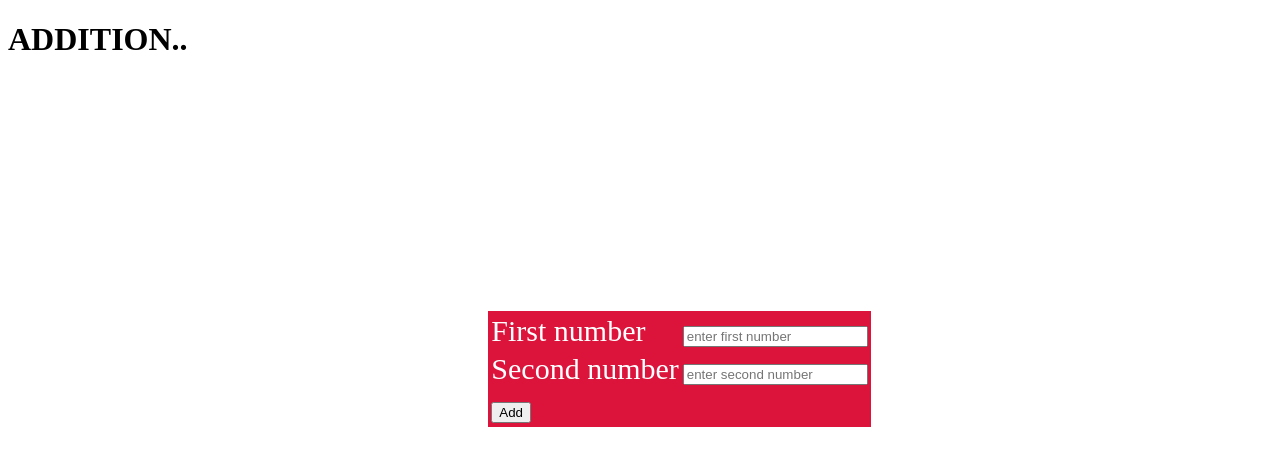
Repository: vima107/JDBC-CRUD-OPERATIONS
Page: addition/src/main/webapp/index.html
The author's editor kept a copy of each file at every save. The page is drawn from the files as they stood at one save, then again after the next save.
The browser window is 1280 px wide. The pictures show the whole page.

Above is the page before, as saved 2024-10-09 10:48:14.

After the next save:
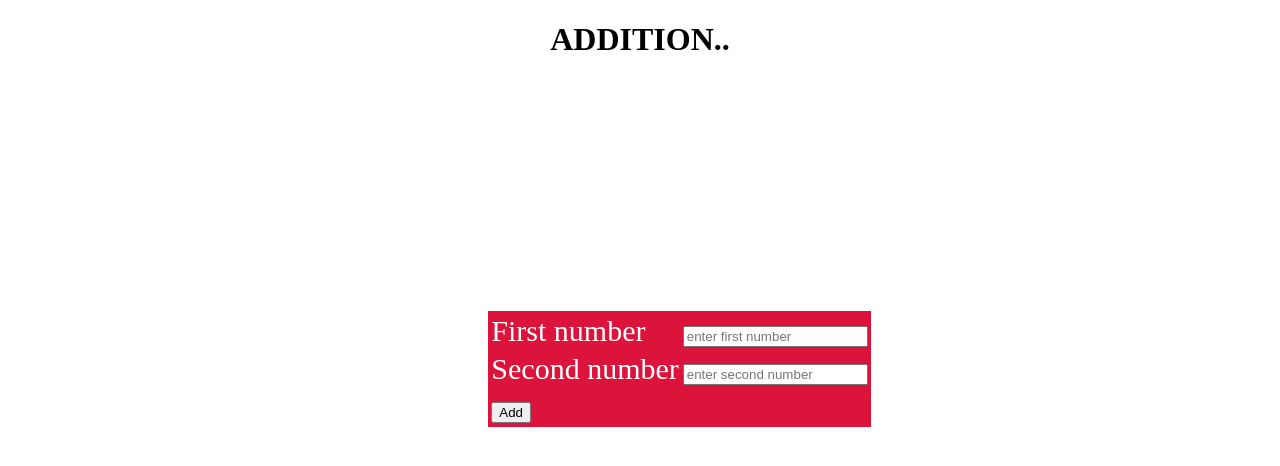
Saved 55 s later.
--- a/addition/src/main/webapp/index.html
+++ b/addition/src/main/webapp/index.html
@@ -5,7 +5,7 @@
 <title>Insert title here</title>
 </head>
 <body>
-	<h1>ADDITION..</h1>
+	<h1><center>ADDITION..</center></h1>
 	<table style="margin-left:38%;margin-top:20%;background-color:crimson; font-size:30px;color:white">
 	<form action="/addition/Add">
 		<tr>
